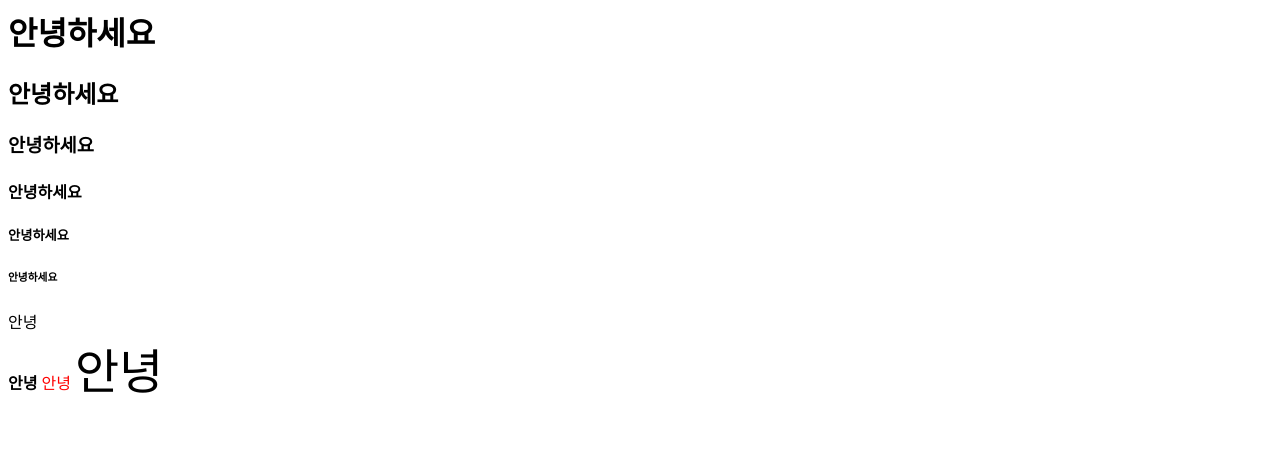
Repository: sungeunbyeol/Nowon-ezen-jsp
Page: test/WebContent/test03.html
The author's editor kept a copy of each file at every save. The page is drawn from the files as they stood at one save, then again after the next save.
The browser window is 1280 px wide. The pictures show the whole page.

Above is the page before, as saved 2021-11-02 02:06:16.

### test/WebContent/test03.html
<!-- test03.html -->
<html>
<head>
	<title>글자모양변경</title>
</head>
<body>
	<h1>안녕하세요</h1>
	<h2>안녕하세요</h2>
	<h3>안녕하세요</h3>
	<h4>안녕하세요</h4>
	<h5>안녕하세요</h5>
	<h6>안녕하세요</h6>

	안녕<br>
	<b>안녕</b>

	<font color="red">안녕</font>
	<font size="7">안녕</font>
</body>
</html>

After the next save:
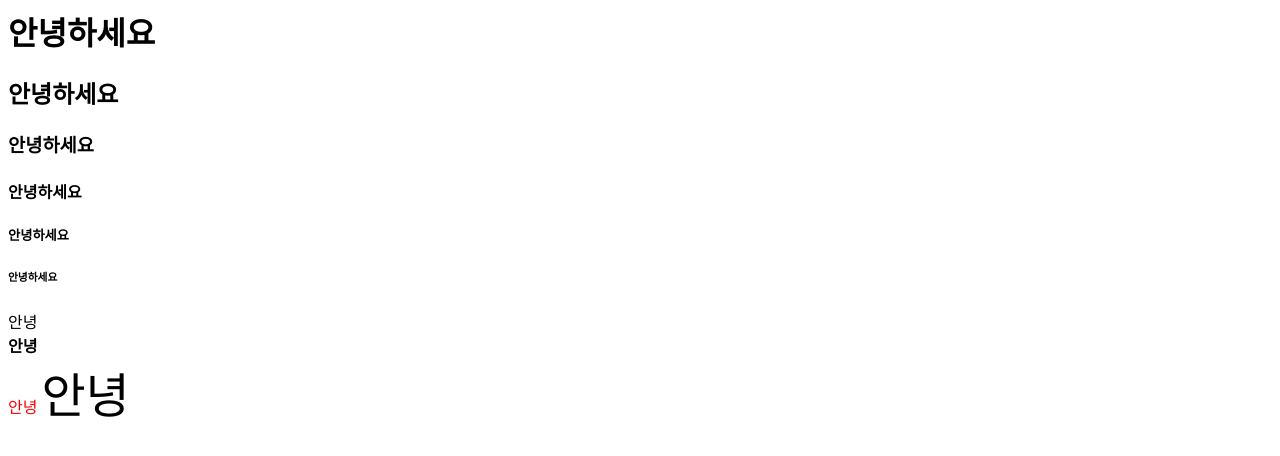
Saved 55 s later.
--- a/test/WebContent/test03.html
+++ b/test/WebContent/test03.html
@@ -12,7 +12,7 @@
 	<h6>안녕하세요</h6>
 
 	안녕<br>
-	<b>안녕</b>
+	<b>안녕</b><br>
 
 	<font color="red">안녕</font>
 	<font size="7">안녕</font>
